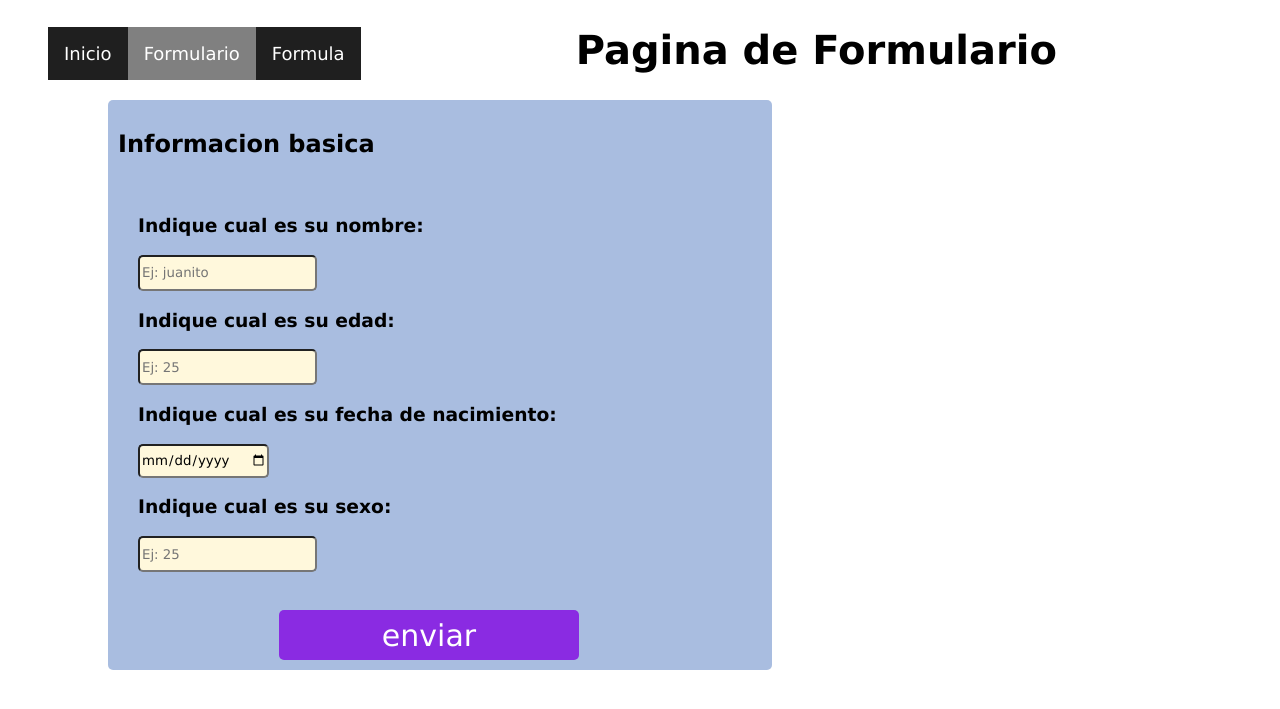
Repository: misterySnow94/tutoriales
Page: pagina basica/formulario.html
An editor plug-in stored every save of this project. The page is shown before and after the next save, followed by the edit.
The browser window is 1280 px wide. The pictures show the whole page.

Above is the page before, as saved 2019-11-04 00:21:55.

After the next save:
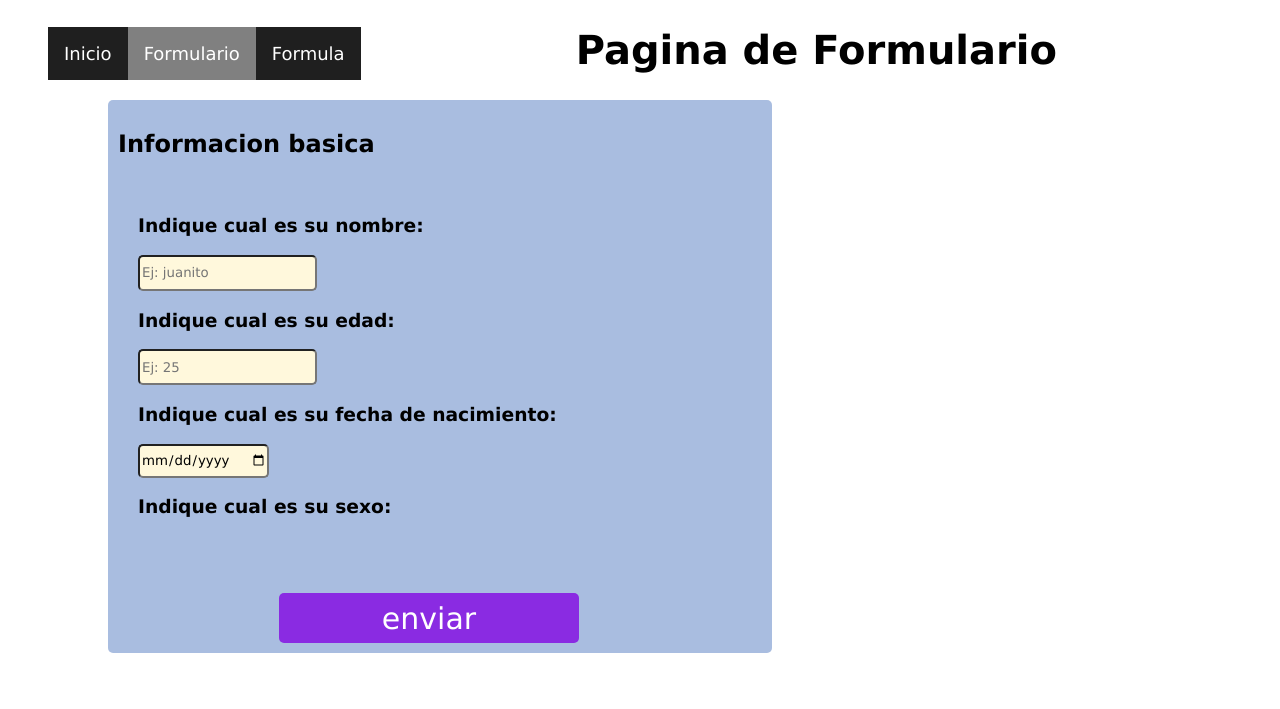
Saved 11 s later.
--- a/pagina basica/formulario.html
+++ b/pagina basica/formulario.html
@@ -35,7 +35,7 @@
             </label>
             <label for="sexo">
                     <h3>Indique cual es su sexo:</h3>
-                    <input type="number" placeholder="Ej: 25" name="edad">
+
             </label>
             <br><br><br>
             <button>enviar</button>

After the save that followed:
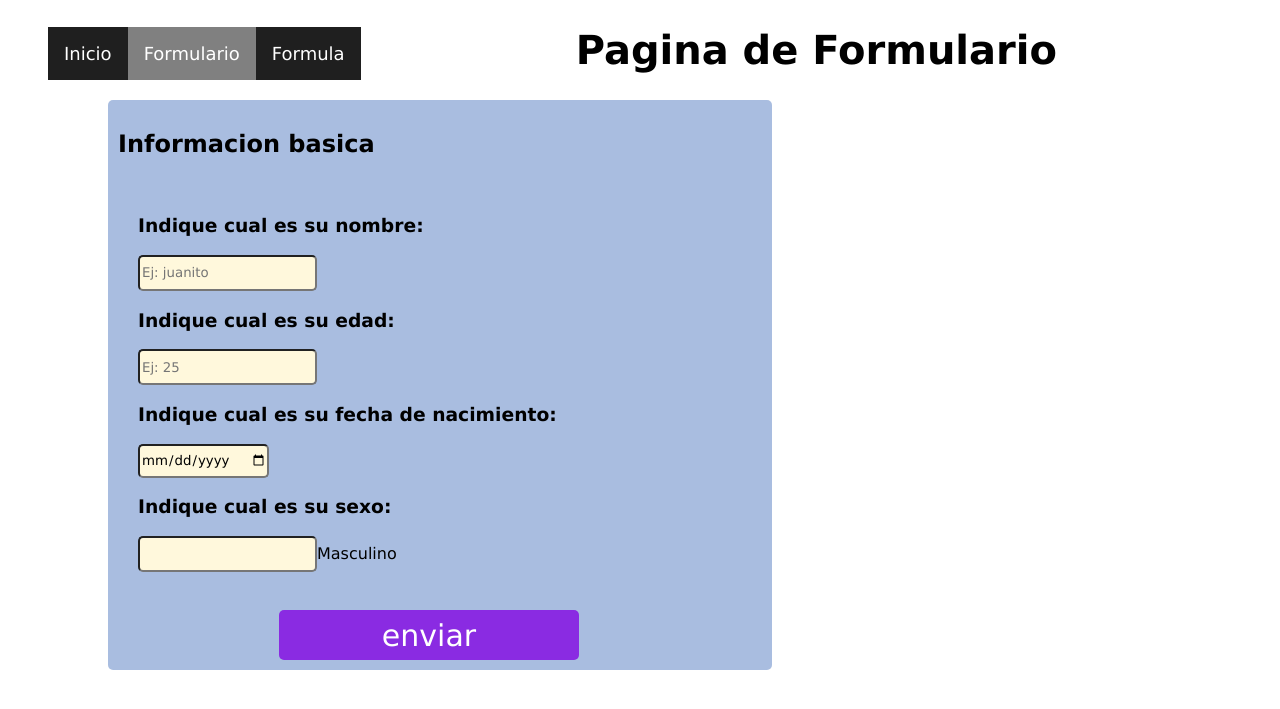
Saved 9 s later.
--- a/pagina basica/formulario.html
+++ b/pagina basica/formulario.html
@@ -35,7 +35,7 @@
             </label>
             <label for="sexo">
                     <h3>Indique cual es su sexo:</h3>
-
+                    <input type="text">Masculino
             </label>
             <br><br><br>
             <button>enviar</button>
